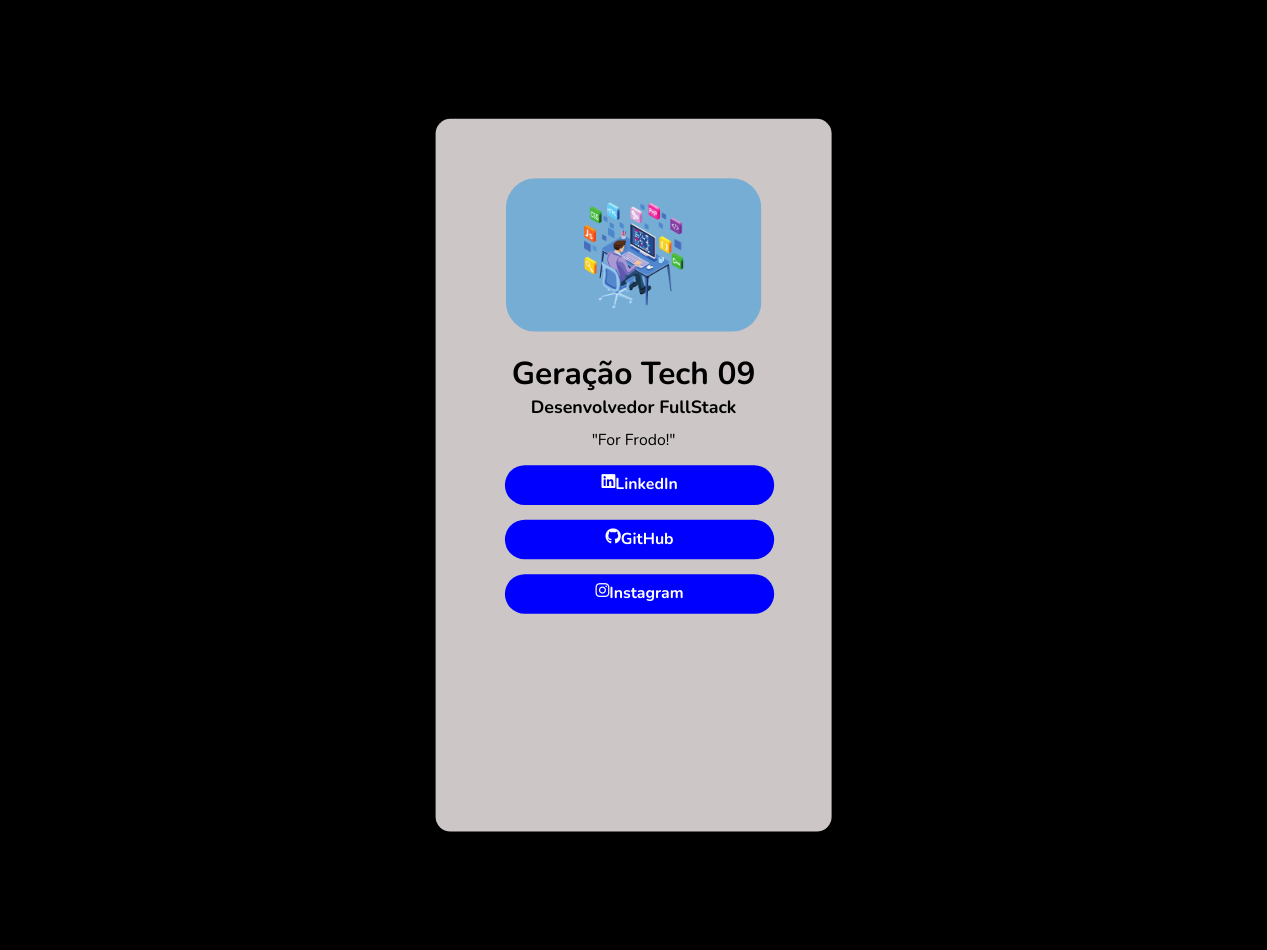
Repository: medeirosregis/linktree-gt09
Page: index.html
These files come from the project's save history. The page is drawn as it stood at one moment and after the next save; the edit follows.
The browser window is 1280 px wide. The pictures show the whole page, at 99% of full size.

Above is the page before, as saved 2025-04-11 10:50:56.

### index.html
<!DOCTYPE html>
<html lang="pt-br">
<head>
    <meta charset="UTF-8">
    <meta name="viewport" content="width=device-width, initial-scale=1.0">
    <title>Linktree</title>
    <link rel="stylesheet" href="style.css">
    <link rel="preconnect" href="https://fonts.googleapis.com">
    <link rel="preconnect" href="https://fonts.gstatic.com" crossorigin>
    <link href="https://fonts.googleapis.com/css2?family=Nunito:ital,wght@0,200..1000;1,200..1000&display=swap" rel="stylesheet">
    <link rel="stylesheet" href="https://cdnjs.cloudflare.com/ajax/libs/font-awesome/6.5.0/css/all.min.css">
</head>

<body>
    <div class="container-main">
        <div class="container-image">

            <img src="./assets/freelance-work-7308505_1280.png" alt="image-profile"/>
        <div class="container-infos">
            <h1>Geração Tech 09</h1>
            <h2>Desenvolvedor FullStack</h2>
        </div>
        <div class="container-easter-egg">
            <p>"For Frodo!"</p>
        </div>
        <div class="container-social">
            <ul>
             <a href="https://www.linkedin.com/login/pt" target="_blank">
                <li>
                <i class="fa-brands fa-linkedin"></i>
                <p>LinkedIn</p>
                </li>
             </a>
             <a href="https://github.com/medeirosregis" target="_blank">
                <li>
                <i class="fa-brands fa-github"></i>
                <p>GitHub</p>
                </li>
            </a>
             <a href="https://instagram.com/" target="_blank">
                <li>
                <i class="fa-brands fa-instagram"></i>
                <p>Instagram</p>
                </li>
            </a>
            </ul>
        </div>
    </div>
</body>
</html>

### style.css
*{
    font-family: "Nunito", sans-serif;
    margin: 0;
    padding: 0;
    box-sizing: border-box;

}

body {
    background-color:rgb(0, 0, 0);
}

.container-main {
    background-color: #ccc6c6;
    width: 400px;
    height: 720px;
    box-sizing: border-box;
    margin: 120px auto;
    padding: 60px 70px;
    border-radius: 15px;
    text-align: center;
}

.container-image {
    margin: 0;

    & img {
        width: 258px;
        border-radius: 30px;
    }
}

.container-infos {
    margin-top: 15px;
    margin-bottom: 10px;
}

.container-infos h1 {
    font-weight: 700px;
}

.container-infos h2 {
    font-weight: 600px;
    font-size: 18px;
}

.container-social ul {
    list-style-type: none;
}

.container-social a {
    text-decoration: none;
    color: white;
}

.container-social {
    margin-top: 0px;
}

.container-social li {
    display: flex;
    justify-content: center;
    gap: ;
    width: 272px;
    height: 40px;
    background-color: blue;
    margin: 15px 0;
    padding: 8px 0;
    border-radius: 20px;
    font-weight: 700;
}

After the next save:
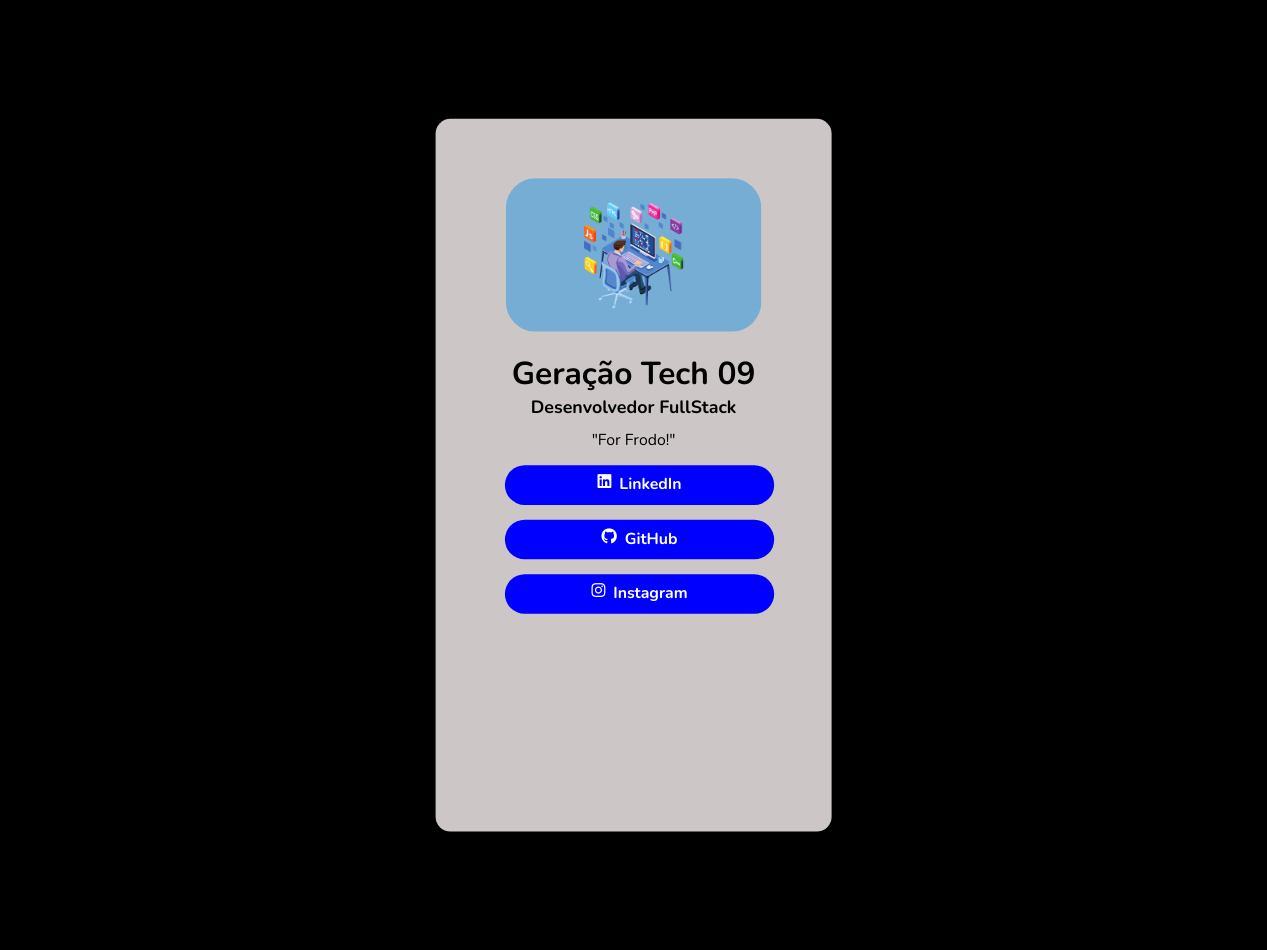
Saved 10 s later.
--- a/style.css
+++ b/style.css
@@ -60,7 +60,7 @@
 .container-social li {
     display: flex;
     justify-content: center;
-    gap: ;
+    gap: 8px;
     width: 272px;
     height: 40px;
     background-color: blue;
